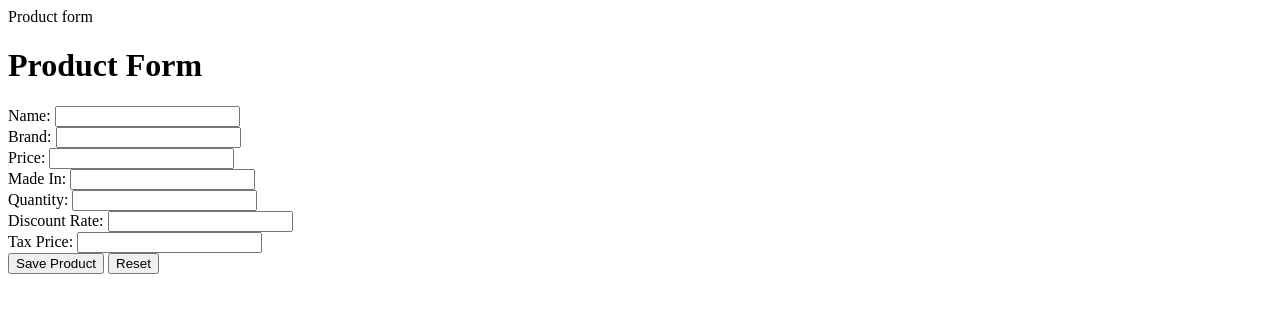
Repository: Shivanibasireddy/Software-Examples
Page: http://localhost/edit-form
An editor plug-in stored every save of this project. The page is shown before and after the next save, followed by the edit.
The browser window is 1280 px wide. The pictures show the whole page.
The page is this project's Thymeleaf template; nobody is signed in. The template is opened directly, without the code that normally fills it, so the values that code supplies are empty.

Above is the page before, as saved 2024-12-23 07:33:41.

### SpringBootMvctest/src/main/resources/templates/edit-form.html
<html>
	<head>
		<tittle>Product form</tittle>
	</head>
	<body>
		<h1>Product Form</h1>
    <form th:action="@{/editproductsave}" th:object="${product}" method="post">
        <label for="name">Name:</label>
        <input type="text" name="name" th:field="*{name}"/><br>

        <label>Brand:</label>
		<input type="text" name="brand" th:field="*{brand}"/><br>

        <label>Price:</label>
        <input type="number" name="price" th:field="*{price}"/><br>

        <label>Made In:</label>
        <input type="text" name="madeIn" th:field="*{madeIn}"/><br>

        <label>Quantity:</label>
        <input type="number" name="quantity" th:field="*{quantity}"/><br>

		<label>Discount Rate:</label>
		<input type="number" name="discountRate" th:field="*{discountRate}"/><br>

		<label>Tax Price:</label>
		<input type="number" name="taxPrice" th:field="*{taxPrice}"/><br>

        <button type="submit">Save Product</button>
		<button type="reset">Reset</button>
	</form>
</body>
</html>

After the next save:
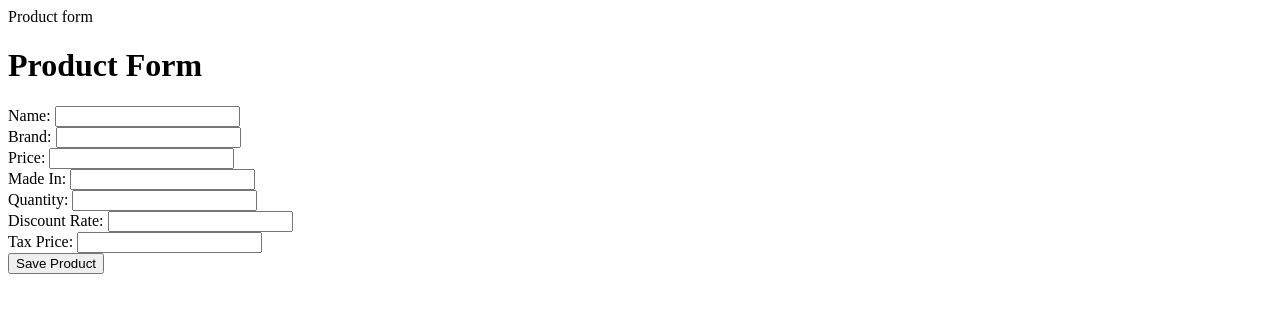
Saved 25 s later.
--- a/SpringBootMvctest/src/main/resources/templates/edit-form.html
+++ b/SpringBootMvctest/src/main/resources/templates/edit-form.html
@@ -27,7 +27,7 @@
 		<input type="number" name="taxPrice" th:field="*{taxPrice}"/><br>
 
         <button type="submit">Save Product</button>
-		<button type="reset">Reset</button>
+
 	</form>
 </body>
 </html>
